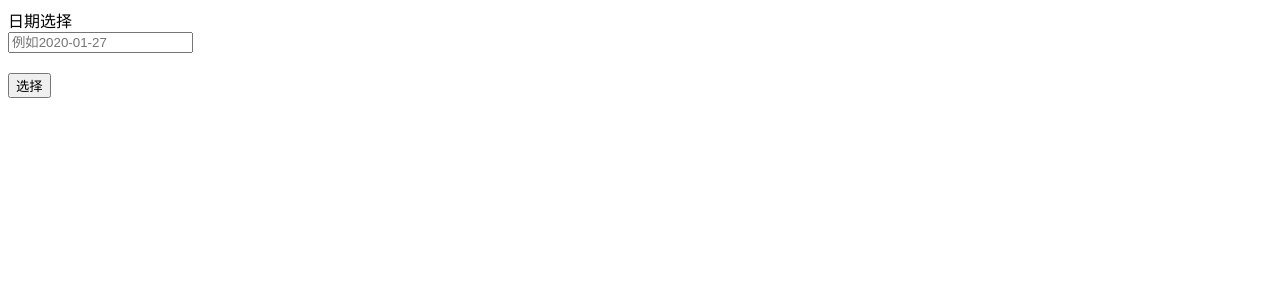
Repository: yz990219/InfectStatisticWeb
Page: http://localhost/MyInfectStatisticWeb/dateChoose.jsp
These files come from the project's save history. The page is drawn as it stood at one moment and after the next save; the edit follows.
The browser window is 1280 px wide. The pictures show the whole page.
The page is served by Tomcat 9.

Above is the page before, as saved 2020-03-12 10:52:40.

After the next save:
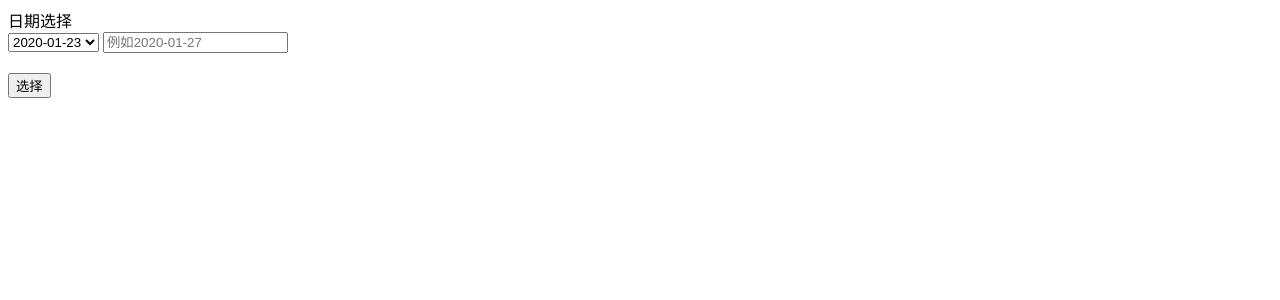
Saved 6 min 27 s later.
--- a/MyInfectStatisticWeb/WebContent/dateChoose.jsp
+++ b/MyInfectStatisticWeb/WebContent/dateChoose.jsp
@@ -10,14 +10,17 @@
 </head>
 <body>
 	<form class="loginForm" action="index.jsp" method="post">
-            <div>日期选择</div>
-            <div>
-                <input id="date" name="date" placeholder="例如2020-01-27" type="text">
-            </div>
-            <div style="margin-top:20px">
-                <button type="submit">选择</button>
-            </div>
-        </div>
-    </form>
+		<div>日期选择</div>
+		<div>
+			<select name="cars">
+				<option value="volvo">2020-01-23</option>
+				<option value="saab">2020-01-27</option>
+			</select> <input id="date" name="date" placeholder="例如2020-01-27" type="">
+		</div>
+		<div style="margin-top: 20px">
+			<button type="submit">选择</button>
+		</div>
+		</div>
+	</form>
 </body>
 </html>
